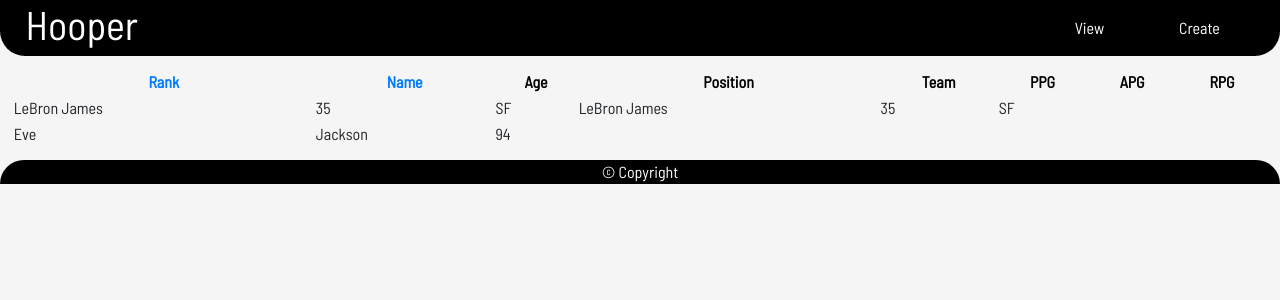
Repository: vlasarte/Hooper
Page: viewplayers.html
The author's editor kept a copy of each file at every save. The page is drawn from the files as they stood at one save, then again after the next save.
The browser window is 1280 px wide. The pictures show the whole page.

Above is the page before, as saved 2020-02-24 17:08:10.

### viewplayers.html
<!DOCTYPE html>
<!--[if lt IE 7]>      <html class="no-js lt-ie9 lt-ie8 lt-ie7"> <![endif]-->
<!--[if IE 7]>         <html class="no-js lt-ie9 lt-ie8"> <![endif]-->
<!--[if IE 8]>         <html class="no-js lt-ie9"> <![endif]-->
<!--[if gt IE 8]><!--> <html class="no-js"> <!--<![endif]-->
    <head>
        <meta charset="utf-8">
        <meta http-equiv="X-UA-Compatible" content="IE=edge">
        <title>Hooper</title>
        <meta name="description" content="">
        <meta name="viewport" content="width=device-width, initial-scale=1">
        <link href="https://fonts.googleapis.com/css?family=Barlow+Semi+Condensed&display=swap" rel="stylesheet">
        <link rel="stylesheet" href="https://stackpath.bootstrapcdn.com/bootstrap/4.3.1/css/bootstrap.min.css" integrity="sha384-ggOyR0iXCbMQv3Xipma34MD+dH/1fQ784/j6cY/iJTQUOhcWr7x9JvoRxT2MZw1T" crossorigin="anonymous">
        <link rel="stylesheet" href="assets/css/style.css">
    </head>
    <body>

        <header>
            <h1>Hooper</h1>
            <div class="dropdown">
                <button class="dropbtn">Create</button>
                <div class="dropdown-content">
                    <a href="#">Player</a>
                    <a href="#">Team</a>
                    <a class="dropdown-content-last" href="#">Game</a>
                </div>
            </div>
            <div class="dropdown">
                <button class="dropbtn">View</button>
                <div class="dropdown-content">
                    <a href="viewplayers.html">Players</a>
                    <a href="#">Teams</a>
                    <a class="dropdown-content-last" href="#">Games</a>
                </div>
            </div>
        </header>

        <div class="body-container">

            <table style="width:100%">
                <tr>
                    <th><a href="">Rank</a></th>
                    <th><a href="">Name</a></th>
                    <th>Age</th>
                    <th>Position</th>
                    <th>Team</th>
                    <th>PPG</th>
                    <th>APG</th>
                    <th>RPG</th>
                </tr>
                <tr>
                    <td>LeBron James</td>
                    <td>35</td>
                    <td>SF</td>
                    <td>LeBron James</td>
                    <td>35</td>
                    <td>SF</td>
                </tr>
                <tr>
                    <td>Eve</td>
                    <td>Jackson</td>
                    <td>94</td>
                </tr>
            </table>

        </div>


        <footer>
            &copy Copyright
        </footer>

        <script src="assets/js/javascript.js" async defer></script>
    </body>
</html>

### assets/css/style.css
/* default settings */

body {
    font-family: 'Barlow Semi Condensed', sans-serif;
    background: whitesmoke;
}


/* header section */

header {
    font-family: 'Barlow Semi Condensed', sans-serif;
    width: 100%;
    height: 56px;
    background: black;
    color: white;
    padding: 0% 2%;
    border-radius: 0px 0px 25px 25px;
    position: sticky;
    top: 0;
    z-index: 1;
}

header h1 {
    float: left;
    height: 56px;
    margin: 0px;
}


/* hover dropdowns */

.dropbtn {
    height: 56px;
    font-family: 'Barlow Semi Condensed', sans-serif;
    min-width: 100px;
    background-color: black;
    color: white;
    padding: 16px;
    font-size: 16px;
    border: none;
    border-radius: 25px 25px 0px 0px;
}

.dropdown {
    margin: 0px 5px;
    float: right;
    position: relative;
    display: inline-block;
}

.dropdown-content {
    text-align: center;
    display: none;
    position: absolute;
    background-color: #f1f1f1;
    width: 100px;
    box-shadow: 0px 8px 16px 0px rgba(0, 0, 0, 0.2);
    z-index: 1;
    border-radius: 0px 0px 25px 25px;
}

.dropdown-content a {
    color: black;
    padding: 12px 16px;
    text-decoration: none;
    display: block;
}

.dropdown-content a:hover {
    background-color: #ddd;
}

.dropdown:hover .dropdown-content {
    display: block;
}

.dropdown:hover .dropbtn {
    background-color: #ddd;
    color: black;
}

.dropdown-content-last {
    border-radius: 0px 0px 25px 25px;
}

/* body container */

.body-container {
    padding: 1%;
}

th {
    text-align: center;
    color: black;
    font-weight: bold;
}


/* footer section */

footer {
    width: 100%;
    text-align: center;
    background: black;
    color: white;
    border-radius: 25px 25px 0px 0px;
}

### assets/js/javascript.js
var player = {
    name: "LeBron James",
    team: "LAL",
    position: "SF",
    PPG: 25.0,
    APG: 10.8,
    RPG: 7.8
}

var playerName = [
    "LeBron James",
    "Anthony Davis",
    "James Harden",
    "Kawhi Leonard",
    "Luka Doncic",
    ""]

After the next save:
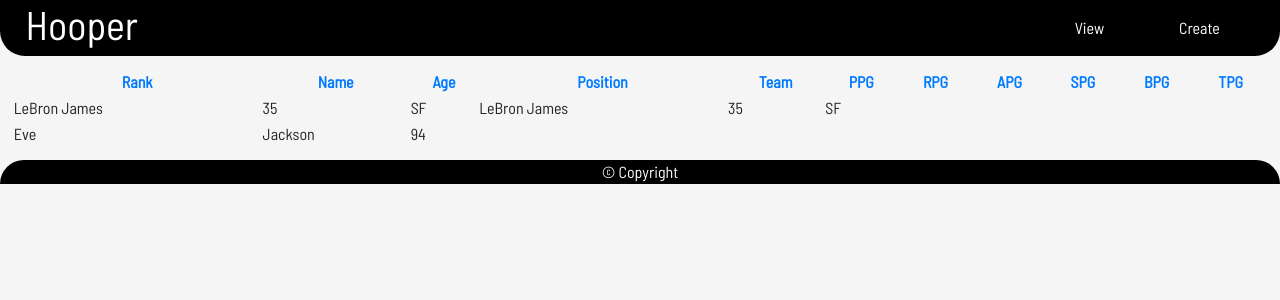
Saved 3 min 59 s later.
--- a/viewplayers.html
+++ b/viewplayers.html
@@ -41,12 +41,15 @@
                 <tr>
                     <th><a href="">Rank</a></th>
                     <th><a href="">Name</a></th>
-                    <th>Age</th>
-                    <th>Position</th>
-                    <th>Team</th>
-                    <th>PPG</th>
-                    <th>APG</th>
-                    <th>RPG</th>
+                    <th><a href="">Age</a></th>
+                    <th><a href="">Position</a></th>
+                    <th><a href="">Team</a></th>
+                    <th><a href="">PPG</a></th>
+                    <th><a href="">RPG</a></th>
+                    <th><a href="">APG</a></th>
+                    <th><a href="">SPG</a></th>
+                    <th><a href="">BPG</a></th>
+                    <th><a href="">TPG</a></th>
                 </tr>
                 <tr>
                     <td>LeBron James</td>
